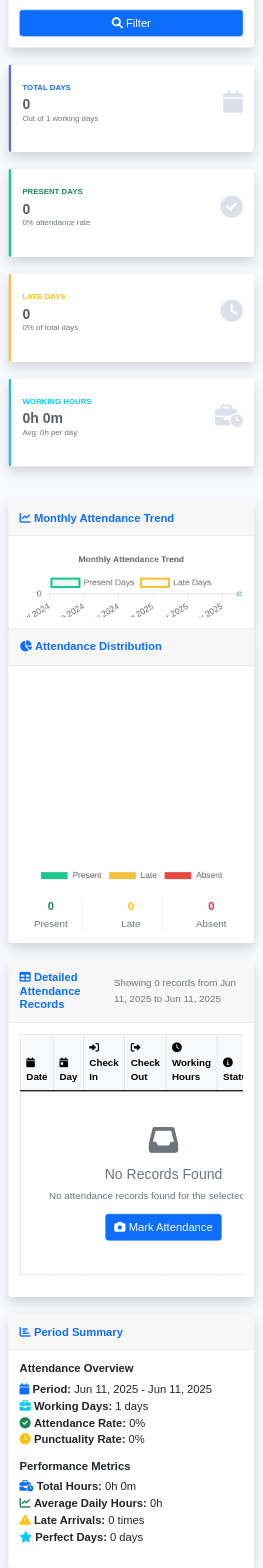
Repository: Ravindu1661/Face-Recognition-Attendance-System
Page: http://localhost/face-attendance-system/reports.php?start_date=2025-06-11&end_date=2025-06-11
The author's editor kept a copy of each file at every save. The page is drawn from the files as they stood at one save, then again after the next save.
The browser window is 375 px wide. The pictures show the part of the page from y = 720 to 2960 px (the page is 2960 px tall before and 2840 px after), at 70% of full size.
The page is run by PHP 8.4 with error messages shown; the project is at /var/www/html/. The session is filled in as if someone had signed in: {"user_id": 1, "name": "System Administrator", "email": "admin@company.com", "role": "admin"}. The database holds what the project's SQL file puts in it.

Above is the page before, as saved 2025-06-12 00:02:55.

After the next save:
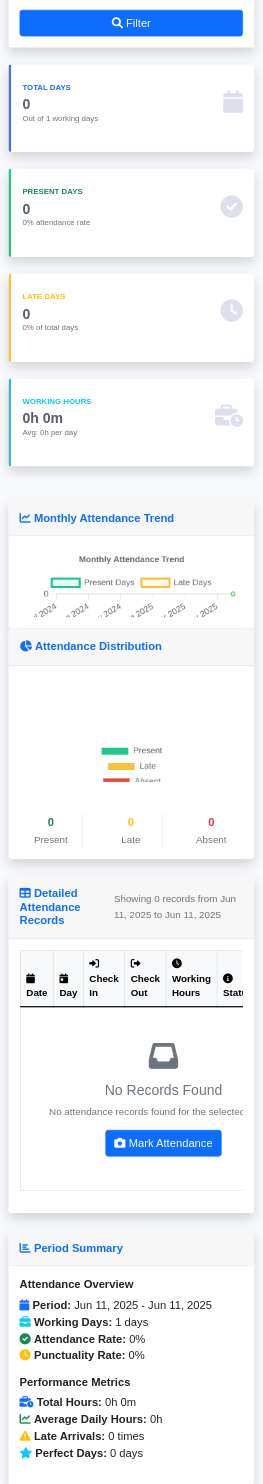
Saved 9 s later.
--- a/assets/css/style.css
+++ b/assets/css/style.css
@@ -197,10 +197,95 @@ body {
     border-right: 1px solid #e3e6f0;
 }
 
-/* Chart containers */
+
+/* Chart containers - Updated */
 .chart-container {
     position: relative;
     height: 300px;
+    width: 100%;
+    overflow: hidden;
+}
+
+/* Pie chart specific styles */
+.pie-chart-container {
+    position: relative;
+    height: 250px;
+    width: 100%;
+    overflow: hidden;
+    display: flex;
+    align-items: center;
+    justify-content: center;
+}
+
+/* Fix for canvas elements */
+canvas {
+    max-width: 100% !important;
+    height: auto !important;
+    display: block;
+    margin: 0 auto;
+}
+
+/* Specific fixes for pie chart */
+#pieChart {
+    max-height: 200px !important;
+    width: auto !important;
+}
+
+/* Monthly chart fixes */
+#monthlyChart {
+    max-height: 300px !important;
+}
+
+/* Card body for charts */
+.card-body canvas {
+    margin: 0 auto;
+    display: block;
+}
+
+/* Responsive chart fixes */
+@media (max-width: 768px) {
+    .chart-container {
+        height: 250px;
+    }
+
+    .pie-chart-container {
+        height: 200px;
+    }
+
+    #pieChart {
+        max-height: 150px !important;
+    }
+
+    #monthlyChart {
+        max-height: 200px !important;
+    }
+}
+
+@media (max-width: 576px) {
+    .chart-container {
+        height: 200px;
+    }
+
+    .pie-chart-container {
+        height: 180px;
+    }
+
+    #pieChart {
+        max-height: 120px !important;
+    }
+}
+
+/* Fix scrolling issues */
+.card-body {
+    overflow: visible;
+}
+
+/* Chart wrapper to prevent overflow */
+.chart-wrapper {
+    position: relative;
+    width: 100%;
+    height: 100%;
+    overflow: hidden;
 }
 
 /* Status badges */
